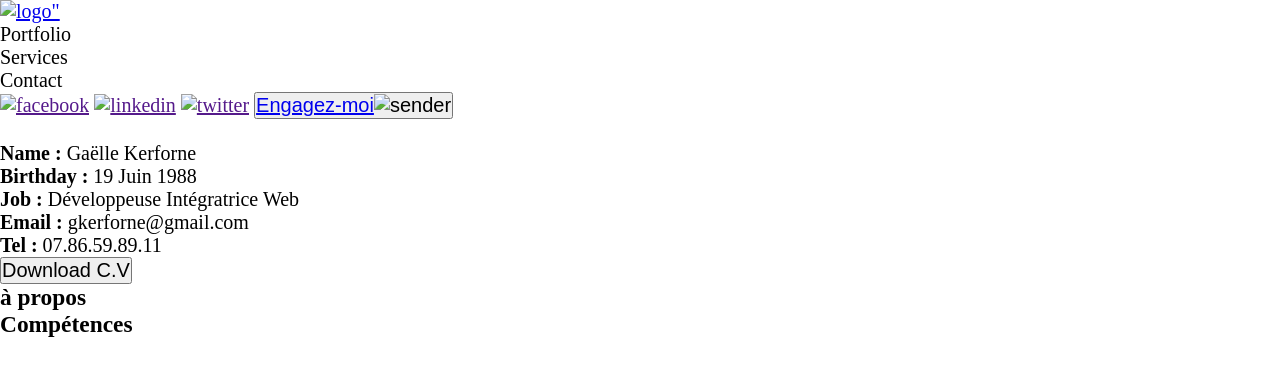
Repository: helfina/my_SiteWeb_gaelle-kfe
Page: index.html
These files come from the project's save history. The page is drawn as it stood at one moment and after a run of saves; the edit follows.
The browser window is 1280 px wide. The pictures show the whole page.

Above is the page before, as saved 2020-11-08 11:40:35.

### index.html
<!DOCTYPE html>
<html lang="en">
<head>
    <meta charset="UTF-8">
    <meta name="viewport" content="width=device-width, initial-scale=1.0">
    <link rel="stylesheet" href="assets/css/style.css" type="text/css">

    <title>Gaëlle Kerforne étudiante Freelances</title>


</head>
<body>
    <!-- ----------------------------------------------------------
                                HEADER
    ---------------------------------------------------------- -->
    <header>
        <nav>
            <a href="index.html"><img src="" alt=logo"></a>
            <ul>
                <li><a href=""></a>Portfolio</li>
                <li><a href=""></a>Services</li>
                <li><a href=""></a>Contact</li>
            </ul>
            <a href=""><img src="" alt="facebook"></a>
            <a href=""><img src="" alt="linkedin"></a>
            <a href=""><img src="" alt="twitter"></a>

            <button><a href="mailto:gkerforne@gmail.com">Engagez-moi</a><img src="" alt="sender"></button>

        </nav>
    </header>
    <main>
        <section>
            <h1></h1>
            <h2></h2>
            <img src="" alt="">
            <ul>
                <li><strong>Name : </strong> Gaëlle Kerforne</li>
                <li><strong>Birthday : </strong> 19 Juin 1988</li>
                <li><strong> Job : </strong> Développeuse Intégratrice Web</li>
                <li><a href="mailto:gkerforne@gmail.com"></a><strong>Email : </strong> gkerforne@gmail.com</li>
                <li><a href="tel:0786598911"></a><strong>Tel : </strong>07.86.59.89.11</li>
            </ul>
            <button><a href="" download=""></a>Download C.V</button>
        </section>
        <section>
            <div>
            <article>
                <h3>à propos</h3>
            </article>
        </div>
            <div>
            <article>
                <h3>Compétences</h3>
            </article>
        </div>
            <div>
                <h3></h3>
                <article>

                </article>
            </div>
            <div>
                <article>

                </article>
            </div>
        </section>
    </main>
</body>
</html>

### assets/css/style.css
/*
                    RESET CSS
*/
* {
  margin: 0;
  padding: 0;
  outline: 0;
  box-sizing: border-box;
}

body {
 background: white;
 color: black;
 -webkit-font-smoothing: antialiased;
}

body, input, button {
 font-size: 20px;
 font-family: ;
}

button {
 cursor: pointer;
}
/*
                   Index
*/

After the next 2 saves:
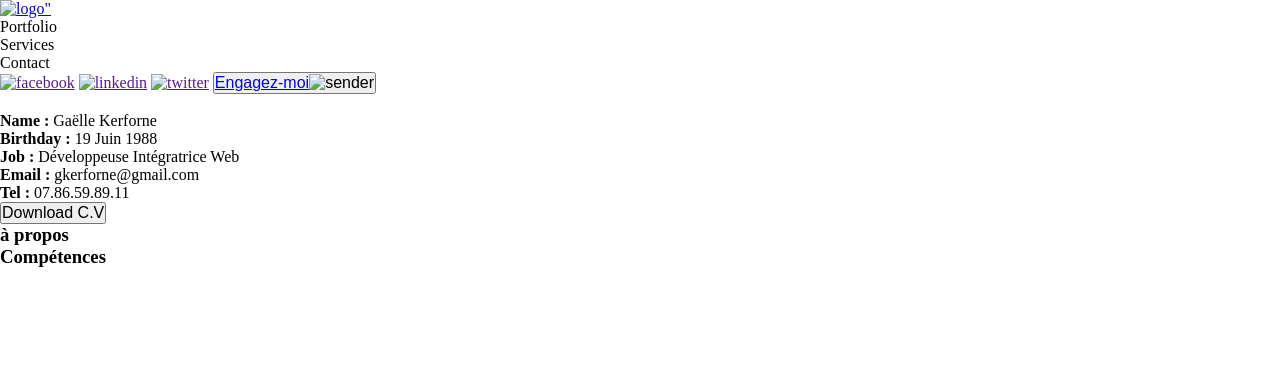
The 2 saves are shown as one change because they came seconds apart.
The last was saved 13 s later.
--- a/assets/css/style.css
+++ b/assets/css/style.css
@@ -15,7 +15,7 @@ body {
 }
 
 body, input, button {
- font-size: 20px;
+ font-size: medium;
  font-family: ;
 }
 
